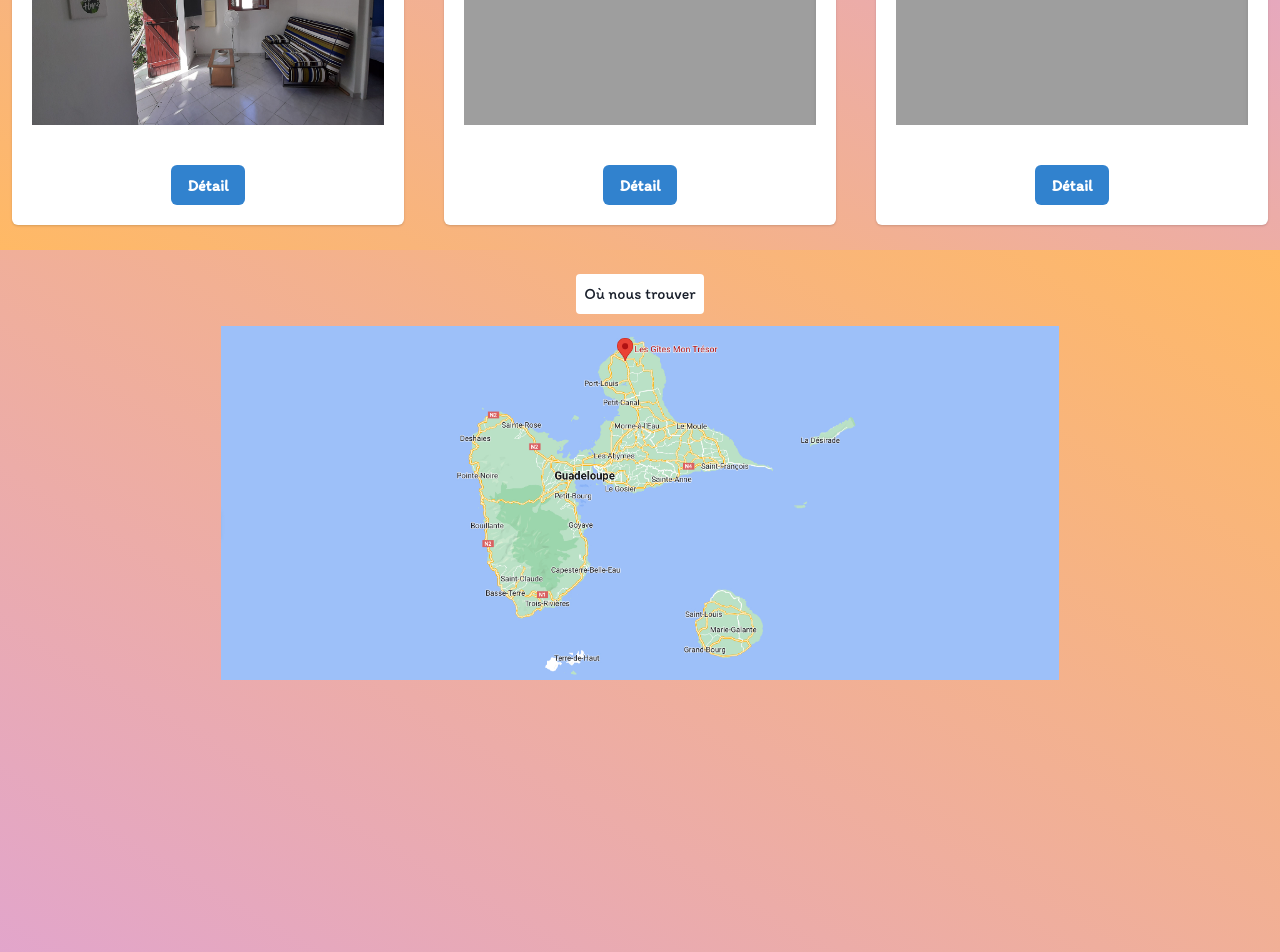
Repository: All-Khwarizmi/gites-v2
Page: /
An editor plug-in stored every save of this project. The page is shown before and after a run of saves, followed by the edit.
The browser window is 1280 px wide. The pictures show the part of the page from y = 1190 to 2142 px (the page is 2160 px tall).
Pictures or frames that could not be fetched are drawn as grey boxes. The project was rebuilt for these pictures with package versions that can differ from the ones it lists, and the page was loaded fresh each time. The framework's server and built-in components were replaced by stand-ins that run in the browser. Also part of the build but not shown: next.config.js, next.config.mjs.

Above is the page before, as saved 2023-02-03 19:15:05.

### src/pages/_app.tsx
import { type AppType } from "next/dist/shared/lib/utils";
import { ChakraProvider } from "@chakra-ui/react";
import Layout from "../components/Layout";
import { Itim } from "@next/font/google";
import Navbar from "../components/Navbar";

import "../styles/globals.css";
import Head from "next/head";

const inter = Itim({ weight: "400", subsets: ["latin"] });

const MyApp: AppType = ({ Component, pageProps }) => {
  return (
    <ChakraProvider>
      <Head>
        <title>Gîtes Mon Tresor</title>
        <meta
          name="viewport"
          /* content="width=device-width, initial-scale=1.0, maximum-scale=1.0,user-scalable=0" */
          content="viewport-fit=cover"
        />
        <meta name="title" content="Gîtes Mon Tresor" />

        <meta
          name="description"
          content="Gîtes accueillants et chaleureux en Guadeloupe, Anse Bertrand. Venez en famille ou en amoureux profiter des plaisirs qu'offre l'île. "
        />
        <meta property="og:image" content="/IMG_0318.JPG" key="ogimage" />
      </Head>

      <main className={inter.className}>
        <Component {...pageProps} />
      </main>
    </ChakraProvider>
  );
};

export default MyApp;

### src/pages/index.tsx
import { type NextPage } from "next";
import Head from "next/head";
import Link from "next/link";
import Test from "./Test";
import styles from '../styles/Home.module.scss'

const Home: NextPage = () => {
  return (
    <>
      <Test />
    </>
  );
};

export default Home;

### src/styles/globals.css
@tailwind base;
@tailwind components;
@tailwind utilities;

:root {
  --colorOne: #ffb965;
  --colorTwo: #d99feb;
  --color3: #ffbf5b;
  --color4: #31b7cf;
}
* {
  margin: 0;
  padding: 0;
}
body {
  width: 100vw;
  height: 100vh;
  box-sizing: border-box;
}

.test {
  width: 100%;
}

#myVideo {
  object-fit: cover;

  min-height: 100vh;
  position: relative;
  z-index: -1;
  bottom: 0;
  right: 0;
}

.section {
  background-image: linear-gradient(
    27deg,
    var(--colorOne) 0%,
    var(--colorTwo) 100%
  );
  margin-top: 0;
  position: relative;
}
.section-2 {
  background-image: linear-gradient(
    30deg,
   var(--colorTwo) -30%,
    var(--colorOne) 100%
  );
  margin-top: 0;
  position: relative;
}


.card-1 {
  background-color: inherit;
  padding: 3rem;
  width: 100%;
}
.nav {
  position: fixed;
  z-index: 5;


}

### src/pages/Test.tsx
import { AppType } from "next/app";
import {
  Card,
  CardHeader,
  ButtonGroup,
  Button,
  CardBody,
  CardFooter,
  Stack,
  Image,
  Heading,
  Text,
  Divider,
  Flex,
} from "@chakra-ui/react";
import Carousel from "../components/Carousel";
import { Component, useEffect, useRef, useState } from "react";
import Localisation from "../components/Localisation";
import Navbar from "../components/Navbar";

const Test = () => {
  const divPosition: any = useRef(null);


  const slidesPalmier = [
    {
      img: "/Gite Palmier/1.jpg",
    },
    {
      img: "/Gite Palmier/2.jpg",
    },
    {
      img: "/Gite Palmier/3.jpg",
    },
    {
      img: "/Gite Palmier/4.jpg",
    },
    {
      img: "/Gite Palmier/5.jpg",
    },
    {
      img: "/Gite Palmier/6.jpg",
    },
    {
      img: "/Gite Palmier/7.jpg",
    },
    {
      img: "/Gite Palmier/9087556.jpg",
    },
  ];
  const slidesAnanas = [
    {
      img: "/Gite Ananas/1.jpg",
    },
    {
      img: "/Gite Ananas/2.jpg",
    },
    {
      img: "/Gite Ananas/3.jpg",
    },
    {
      img: "/Gite Ananas/4.jpg",
    },
    {
      img: "/Gite Ananas/5.jpg",
    },
    {
      img: "/Gite Ananas/6.jpg",
    },
    {
      img: "/Gite Ananas/20191231_100325.jpg",
    },
    {
      img: "/Gite Ananas/20200325_100606.jpg",
    },
  ];
  const slidesKawan = [
    {
      img: "/Gite Kawan/1.jpg",
    },
    {
      img: "/Gite Kawan/2.jpg",
    },
    {
      img: "/Gite Kawan/3.jpg",
    },
    {
      img: "/Gite Kawan/4.jpg",
    },

    {
      img: "/Gite Kawan/6.jpg",
    },
    {
      img: "/Gite Kawan/7.jpg",
    },
    {
      img: "/Gite Kawan/8.jpg",
    },
    {
      img: "/Gite Kawan/9.jpg",
    },
    {
      img: "/Gite Kawan/10.jpg",
    },
    {
      img: "/Gite Kawan/11.jpg",
    },
    {
      img: "/Gite Kawan/12.jpg",
    },
    {
      img: "/Gite Kawan/13.jpg",
    },
    {
      img: "/Gite Kawan/14.jpg",
    },
    {
      img: "/Gite Kawan/15.jpg",
    },
  ];

  return (
    <>
      <main>
        <Navbar position={divPosition} />
        <div className="test">
          <section className="test">
            <video
              autoPlay
              playsInline
              muted
              loop
              id="myVideo"
              poster="/Gite Kawan/1.jpg"
            >
              <source src={"/Mon film.mp4"} type="video/mp4" />
            </video>
          </section>
          <div className="section h-screen">
            <section ref={divPosition} className="section h-full">
              <div className="card-1 flex-column flex justify-center">
                <Card maxW={"900px"}>
                  <Heading className="flex-column flex justify-center p-2">
                    <p> Bienvenue en Guadeloupe !</p>
                  </Heading>
                  <CardBody>
                    <Text className="welcome-text">
                      Pour des vacances au soleil, sur des plages de sable blanc
                      ou de belles balades dans une verdure luxuriante : les
                      Gîtes Mon Trésor vous assurent un dépaysement total. Loin
                      des grandes structures touristiques, dans un jardin calme
                      et ventilé avec piscine sécurisée, Catherine et Laurent,
                      originaires de Normandie, vous accueillent toute l’année
                      dans leurs gîtes situés sur la commune d'ANSE-BERTRAND, à
                      3 km des plages et de tous commerces. Nous avons l'énorme
                      chance de n'avoir jamais de sargasses sur nos plages les
                      plus proches. Bonne visite !
                    </Text>
                  </CardBody>
                </Card>
              </div>

              <div className="grid  grid-flow-row justify-center gap-4 md:grid-flow-col ">
                <Card maxW="lg" m={3}>
                  <Stack mt="6" spacing="3">
                    <Heading textAlign={"center"} size="md">
                      Gîte Palmier
                    </Heading>
                  </Stack>
                  <CardBody>
                    <Carousel slides={slidesPalmier} />
                  </CardBody>
                  <Flex align="center" justify="center">
                    <CardFooter>
                      <Button variant="solid" colorScheme="blue">
                        Détail
                      </Button>
                    </CardFooter>
                  </Flex>
                </Card>
                <Card maxW="lg" m={3}>
                  <Stack mt="6" spacing="3">
                    <Heading textAlign={"center"} size="md">
                      Gîte Ananas
                    </Heading>
                  </Stack>
                  <CardBody>
                    <Carousel slides={slidesAnanas} />
                  </CardBody>
                  <Flex align="center" justify="center">
                    <CardFooter>
                      <Button variant="solid" colorScheme="blue">
                        Détail
                      </Button>
                    </CardFooter>
                  </Flex>
                </Card>
                <Card maxW="lg" m={3}>
                  <Stack mt="6" spacing="3">
                    <Heading textAlign={"center"} size="md">
                      Gîte Kawan
                    </Heading>
                  </Stack>
                  <CardBody>
                    <Carousel slides={slidesKawan} />
                  </CardBody>
                  <Flex align="center" justify="center">
                    <CardFooter>
                      <Button variant="solid" colorScheme="blue">
                        Détail
                      </Button>
                    </CardFooter>
                  </Flex>
                </Card>
              </div>


            </section>
          </div>
          <div className="h-screen section-2">
            <Localisation />
          </div>
        </div>
      </main>
    </>
  );
};

export default Test;

### src/components/Carousel.tsx
import React from 'react'
import { useEffect, useState } from 'react';
import { Flex, Box, Text, Image } from '@chakra-ui/react';

const Carousel = ({slides}: any) => {

  const slides1 = [
    {
      img: "/Gîte Palmier/1.jpg",
    },
    {
      img: "/Gîte Palmier/2.jpg",
    },
    {
      img: "/Gîte Palmier/3.jpg",
    },
    {
      img: "/Gîte Palmier/4.jpg",
    },
    {
      img: "/Gîte Palmier/5.jpg",
    },
    {
      img: "/Gîte Palmier/6.jpg",
    },
    {
      img: "/Gîte Palmier/7.jpg",
    },
    {
      img: "/Gîte Palmier/9087556.jpg",
    },

  ];
  const [currentSlide, setCurrentSlide] = useState(0);
  const slidesCount = slides.length;
  const carouselStyle = {
    transition: "all .5s",
    ml: `-${currentSlide * 100}%`,
  };
  const SLIDES_INTERVAL_TIME = 3000;
  const ANIMATION_DIRECTION = "right";
  useEffect(() => {
    const prevSlide = () => {
      setCurrentSlide((s) => (s === 0 ? slidesCount - 1 : s - 1));
    };

    const nextSlide = () => {
      setCurrentSlide((s) => (s === slidesCount - 1 ? 0 : s + 1));
 };

    const automatedSlide = setInterval(() => {
      ANIMATION_DIRECTION.toLowerCase() === "left" ? prevSlide() : nextSlide();
    }, SLIDES_INTERVAL_TIME);
    return () => clearInterval(automatedSlide);
  }, [slidesCount]);
  return (
    <Flex
      w="full"
      bg="#edf3f8"
      _dark={{
        bg: "#3e3e3e",
      }}

      alignItems="center"
      justifyContent="center"
    >
      <Flex w="full" overflow="hidden">
        <Flex pos="relative" h="200px" w="full" {...carouselStyle}>
          {slides.map((slide: any, sid: any) => (
            <Box key={`slide-${sid}`} flex="none" boxSize="full" shadow="md">
              <Text
                color="white"
                fontSize="xs"
                p="8px 12px"
                pos="absolute"
                top="0"
                whiteSpace="nowrap"
              >
                {sid + 1} / {slidesCount}
              </Text>
              <Image
                src={slide.img}
                alt="carousel image"
                boxSize="full"
                backgroundSize="cover"
              />
            </Box>
          ))}
        </Flex>
      </Flex>
    </Flex>
  );
};



export default Carousel

### src/components/Localisation.tsx
import React from "react";
import Link from "next/link";

const Localisation = () => {
  const coordinates: string =
    "Les+Gîtes+Mon+Trésor/@16.4645544,-61.4825254,17z";
  const baseUrl: string =
    "https://www.google.com/maps/search/?api=1&query=Les+Gîtes+Mon+Trésor+Anse+Bertrand/";
  return (
    <>
      <div className="location align-center flex items-center justify-center p-3"></div>
      <div className="section-location flex  justify-center">
        <p className="text-extra-bold w-30 rounded bg-white p-2">
          Où nous trouver
        </p>
      </div>

      <div className="location p-3">
        <a
          className="align-center flex items-center justify-center"
          target="_blank"
          href={baseUrl}
        >
          <img
            className="w-2/3"
            src="./IMG_0537.JPG"
            alt="carte de la Guadeloupe"
          />
        </a>
      </div>
    </>
  );
};

export default Localisation;

### src/components/Navbar.tsx
import { useEffect, useState, useRef } from "react";

function NavLink({ to, children }: any) {
  return (
    <a href={to} className={`mx-4`}>
      {children}
    </a>
  );
}

function MobileNav({ open, setOpen }: any) {
  return (
    <div
      className={`absolute top-0 left-0 h-screen w-screen transform bg-white ${
        open ? "-translate-x-0" : "-translate-x-full"
      } drop-shadow-md filter transition-transform duration-300 ease-in-out `}
    >
      <div className="flex h-20 items-center justify-center bg-white drop-shadow-md filter">
        {" "}
        {/*logo container*/}
        <a className="text-2xl font-semibold" href="/">
          <img
            className="w-24 hover:w-32"
            src="/IMG_0318.JPG"
            alt="Gîtes Mon Tresor Logo"
          />
        </a>
      </div>
      <div className="ml-4 flex flex-col">
        <a
          className="my-4 text-xl font-medium"
          href="#"
          onClick={() =>
            setTimeout(() => {
              setOpen(!open);
            }, 100)
          }
        >
          Accueil
        </a>
        <a
          className="my-4 text-xl font-normal"
          href="#"
          onClick={() =>
            setTimeout(() => {
              setOpen(!open);
            }, 100)
          }
        >
          Gîtes
        </a>
        <a
          className="my-4 text-xl font-normal"
          href="#"
          onClick={() =>
            setTimeout(() => {
              setOpen(!open);
            }, 100)
          }
        >
          Localisation
        </a>
        <a
          className="my-4 text-xl font-normal"
          href="#"
          onClick={() =>
            setTimeout(() => {
              setOpen(!open);
            }, 100)
          }
        >
          Tarifs
        </a>
        <a
          className="my-4 text-xl font-normal"
          href="#"
          onClick={() =>
            setTimeout(() => {
              setOpen(!open);
            }, 100)
          }
        >
          Contact
        </a>
        <a
          className="my-4 text-xl font-normal"
          href="#"
          onClick={() =>
            setTimeout(() => {
              setOpen(!open);
            }, 100)
          }
        >
          Partenariats
        </a>
      </div>
    </div>
  );
}

export default function Navbar({ position }: any) {
  const [open, setOpen] = useState(false);
  const [color, setColor] = useState(" ");
  const [colorFont, setColorFont] = useState(" ");
  const [offset, setOffset] = useState(0);


  useEffect(() => {
    const onScroll = () => setOffset(window.pageYOffset);
    // clean up code
    window.removeEventListener("scroll", onScroll);
    window.addEventListener("scroll", onScroll, { passive: true });
    if (position?.current?.getBoundingClientRect().top < 80) {
      setColor("bg-white");
      setColorFont("text-black");
    } else {
      setColor(" ");
      setColorFont("text-white");
    }
    return () => window.removeEventListener("scroll", onScroll);
  }, [offset]);

  const style = { backgroundColor: color, color: colorFont };
  return (
    <nav
      className={`nav flex h-20 w-full items-center gap-4 ${style.backgroundColor}  px-4 py-4 drop-shadow-md filter`}
    >
      <MobileNav open={open} setOpen={setOpen} />
      <div className="flex w-3/12 items-center">
        <a className="text-2xl font-semibold" href="/">
          <img
            className="w-24 hover:w-32"
            src="/IMG_0318.JPG"
            alt="Gîtes Mon Tresor Logo"
          />
        </a>
      </div>
      <div className="flex w-9/12 items-center justify-end">
        <div
          className="relative z-50 flex h-8 w-8 flex-col items-center justify-between md:hidden"
          onClick={() => {
            setOpen(!open);
          }}
        >
          {/* hamburger button */}
          <span
            className={`h-1 w-full transform rounded-lg bg-black transition duration-300 ease-in-out ${
              open ? "translate-y-3.5 rotate-45" : ""
            }`}
          />
          <span
            className={`h-1 w-full rounded-lg bg-black transition-all duration-300 ease-in-out ${
              open ? "w-0" : "w-full"
            }`}
          />
          <span
            className={`h-1 w-full transform rounded-lg bg-black transition duration-300 ease-in-out ${
              open ? "-translate-y-3.5 -rotate-45" : ""
            }`}
          />
        </div>

        <div className="hidden md:flex">
          <ul className="flex justify-items-center gap-x-3">
            <li className="mr-6">
              <a
                className={` flex-initial text-2xl ${style.color} text-justify   hover:underline`}
                href="#"
              >
                Accueil
              </a>
            </li>
            <li className="mr-6">
              <a
                className={` flex-initial text-2xl ${style.color} text-justify   hover:underline`}
                href="#"
              >
                Gîtes
              </a>
            </li>
            <li className="mr-6">
              <a
                className={` flex-initial text-2xl ${style.color} text-justify   hover:underline`}
                href="#"
              >
                Localisation
              </a>
            </li>
            <li className="mr-6">
              <a
                className={` flex-initial text-2xl ${style.color} text-justify   hover:underline`}
                href="#"
              >
                Tarifs
              </a>
            </li>
            <li className="mr-6">
              <a
                className={` flex-initial text-2xl ${style.color} text-justify   hover:underline`}
                href="#"
              >
                Contact
              </a>
            </li>
            <li className="mr-6">
              <a
                className={` flex-initial text-2xl ${style.color} text-justify   hover:underline`}
                href="#"
              >
                Partenariats
              </a>
            </li>
          </ul>
        </div>
      </div>
    </nav>
  );
}

Loaded but not shown: tailwind.config.cjs (common file)

After the next 2 saves:
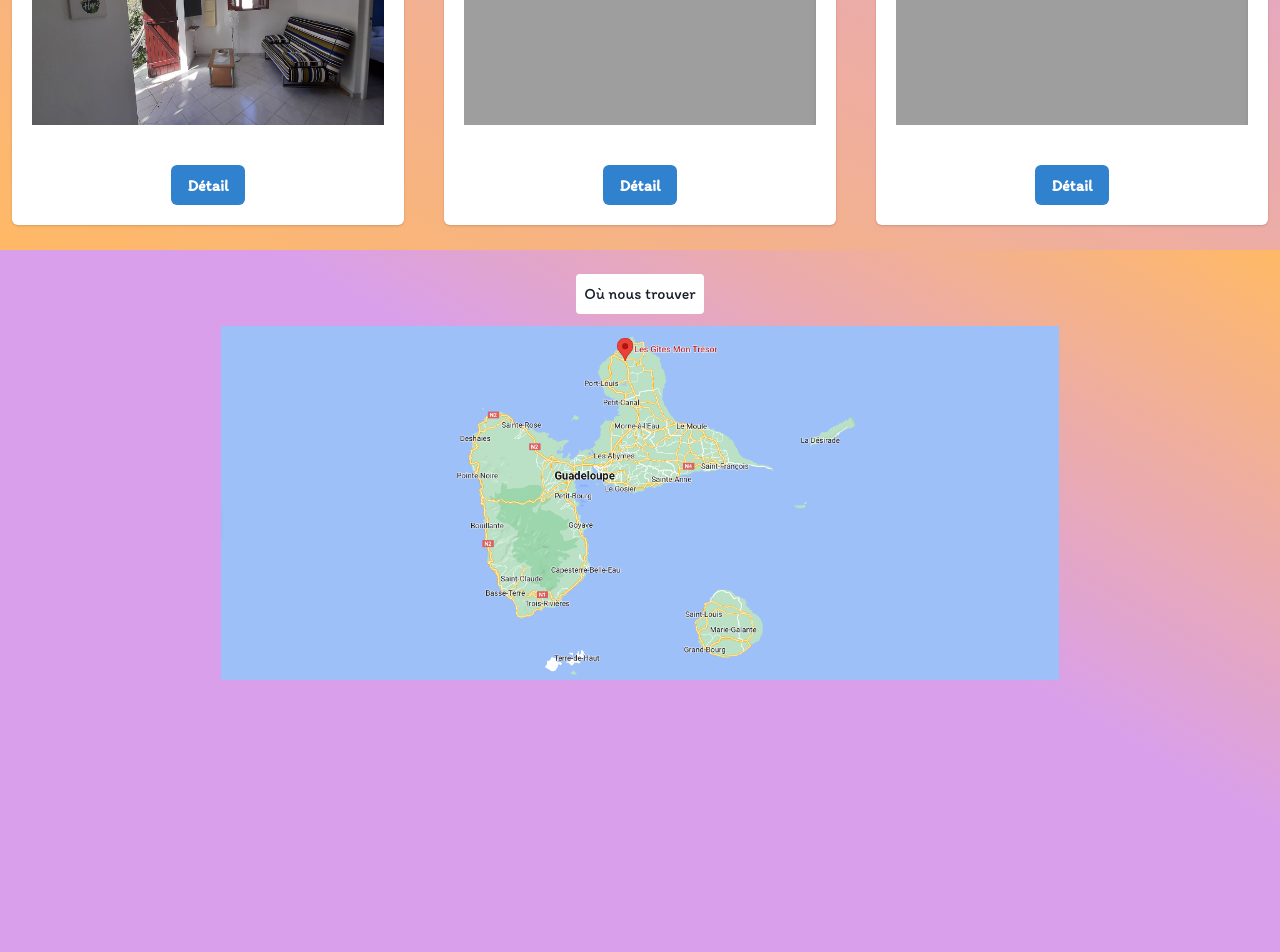
The 2 saves are shown as one change because they came seconds apart.
The last was saved 7 s later.
--- a/src/styles/globals.css
+++ b/src/styles/globals.css
@@ -44,7 +44,7 @@ body {
 .section-2 {
   background-image: linear-gradient(
     30deg,
-   var(--colorTwo) -30%,
+   var(--colorTwo) 60%,
     var(--colorOne) 100%
   );
   margin-top: 0;
